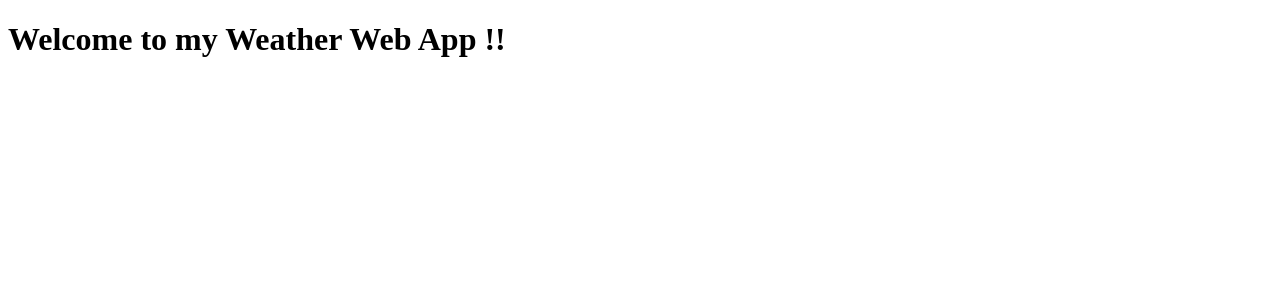
Repository: PravinLengare/Advance-Java
Page: MyWeatherApp/src/main/webapp/index.html
The author's editor kept a copy of each file at every save. The page is drawn from the files as they stood at one save, then again after the next save.
The browser window is 1280 px wide. The pictures show the whole page.

Above is the page before, as saved 2025-08-19 05:57:22.

After the next save:
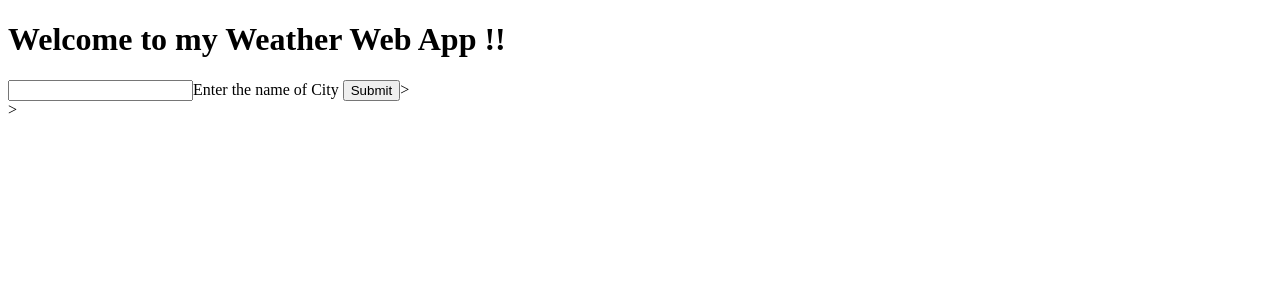
Saved 3 min 53 s later.
--- a/MyWeatherApp/src/main/webapp/index.html
+++ b/MyWeatherApp/src/main/webapp/index.html
@@ -6,5 +6,10 @@
 </head>
 <body>
 <h1>Welcome to my Weather Web App !!</h1>
+<form action = "">
+	<input>Enter the name of City </input>
+	<button>Submit</button>>
+
+</form>>
 </body>
 </html>
